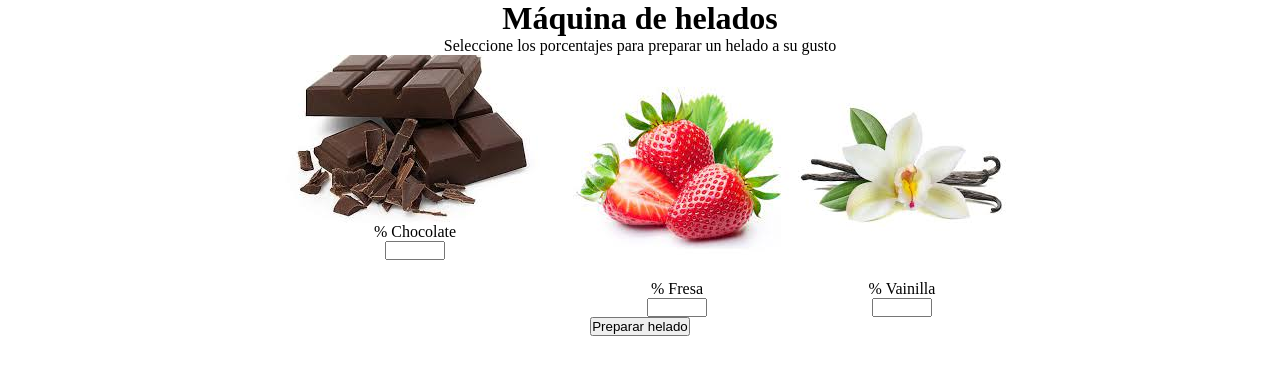
Repository: Ibizus/ejercicios_JSP
Page: http://localhost/ejercicios_Hector/ejercicio10/index.jsp
An editor plug-in stored every save of this project. The page is shown before and after the next save, followed by the edit.
The browser window is 1280 px wide. The pictures show the whole page.
The page is served by Tomcat 9.

Above is the page before, as saved 2023-11-16 13:29:33.

### ejercicios_Hector/src/main/webapp/ejercicio10/index.jsp
<%@ page language="java" contentType="text/html; charset=UTF-8"
    pageEncoding="UTF-8"%>
<!DOCTYPE html>
<html>
<head>
	<meta charset="UTF-8">
	<link rel="stylesheet" href="css/style.css"/>
	<title>Ejercicio 10</title>
</head>
<body>
	<h1>Máquina de helados</h1>
	<p>Seleccione los porcentajes para preparar un helado a su gusto</p>

	<form method="post" action="helado.jsp">

		<section>
			<article>
				<img alt="Chocolate" src="images/chocolate.jpeg">
				% Chocolate <input type="number" min="0" max="100" step="1" name="choc">
			</article>
			<article>
				<img alt="Fresa" src="images/fresa.jpeg">
				% Fresa <input type="number" min="0" max="100" step="1" name="fresa">
			</article>
			<article>
				<img alt="Vainilla" src="images/vainilla.jpeg">
				% Vainilla <input type="number" min="0" max="100" step="1" name="vainilla">
			</article>
		</section>

		<input type="submit" value="Preparar helado">
	</form>

</body>
</html>

### ejercicios_Hector/src/main/webapp/ejercicio10/css/style.css
@charset "UTF-8";

*{
	margin: 0;
	padding: 0;
	box-sizing: border-box;
	text-decoration: none;
}

body{
    max-width: 1000px;
    display: flex;
    flex-direction: column;
    align-items: center;
    margin: auto;
}

form{
	display: flex;
	flex-direction: column;
    align-items: center;
}

section{
	display: flex;
	justify-content: space-between;
}

article{
	display: flex;
	flex-direction: column;
    align-items: center;
}

After the next save:
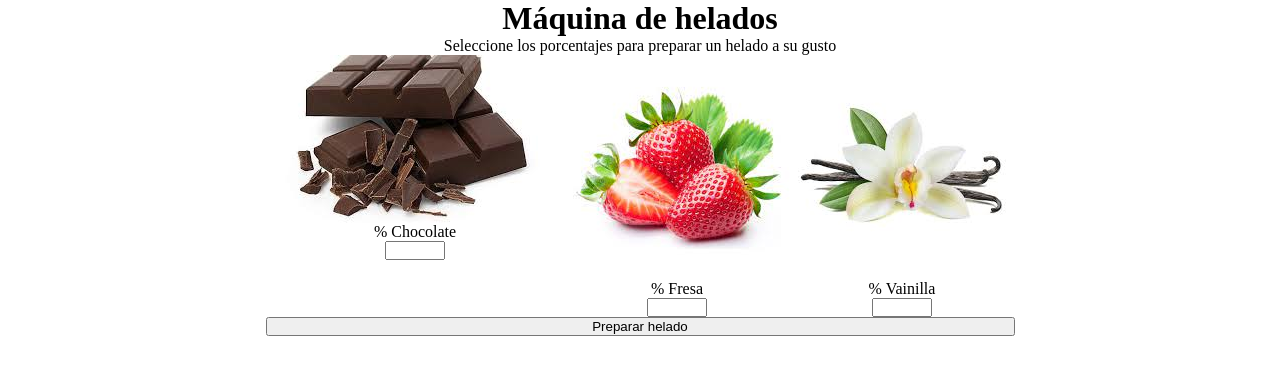
Saved 58 s later.
--- a/ejercicios_Hector/src/main/webapp/ejercicio10/css/style.css
+++ b/ejercicios_Hector/src/main/webapp/ejercicio10/css/style.css
@@ -18,7 +18,6 @@ body{
 form{
 	display: flex;
 	flex-direction: column;
-    align-items: center;
 }
 
 section{
